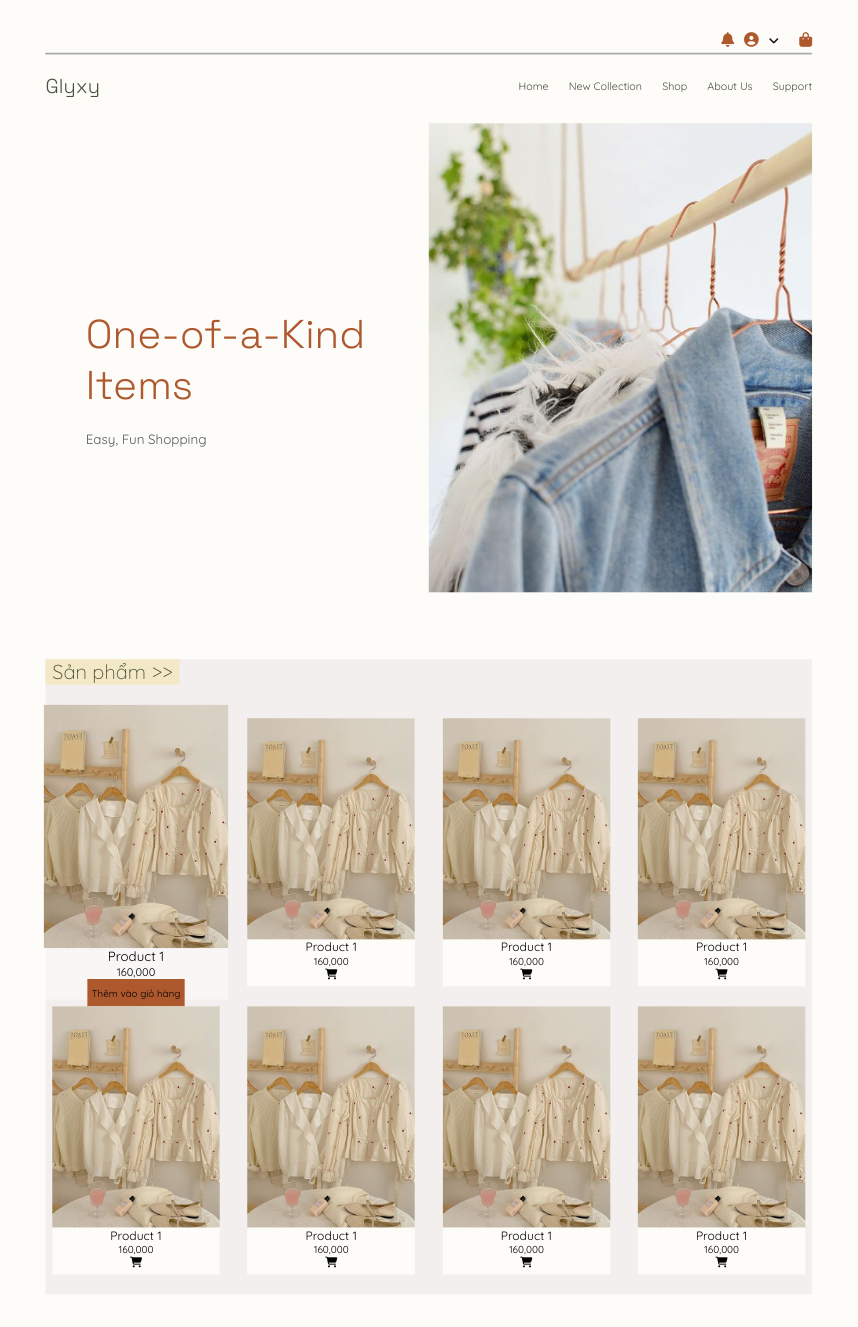
Repository: nganha241/store
Page: index.html
An editor plug-in stored every save of this project. The page is shown before and after the next save, followed by the edit.
The browser window is 1280 px wide. The pictures show the whole page, at 67% of full size.
The pointer rests on the first visible `.section .products .card`.
Some web libraries are served in a nearby version.

Above is the page before, as saved 2022-04-16 18:15:50.

After the next save:
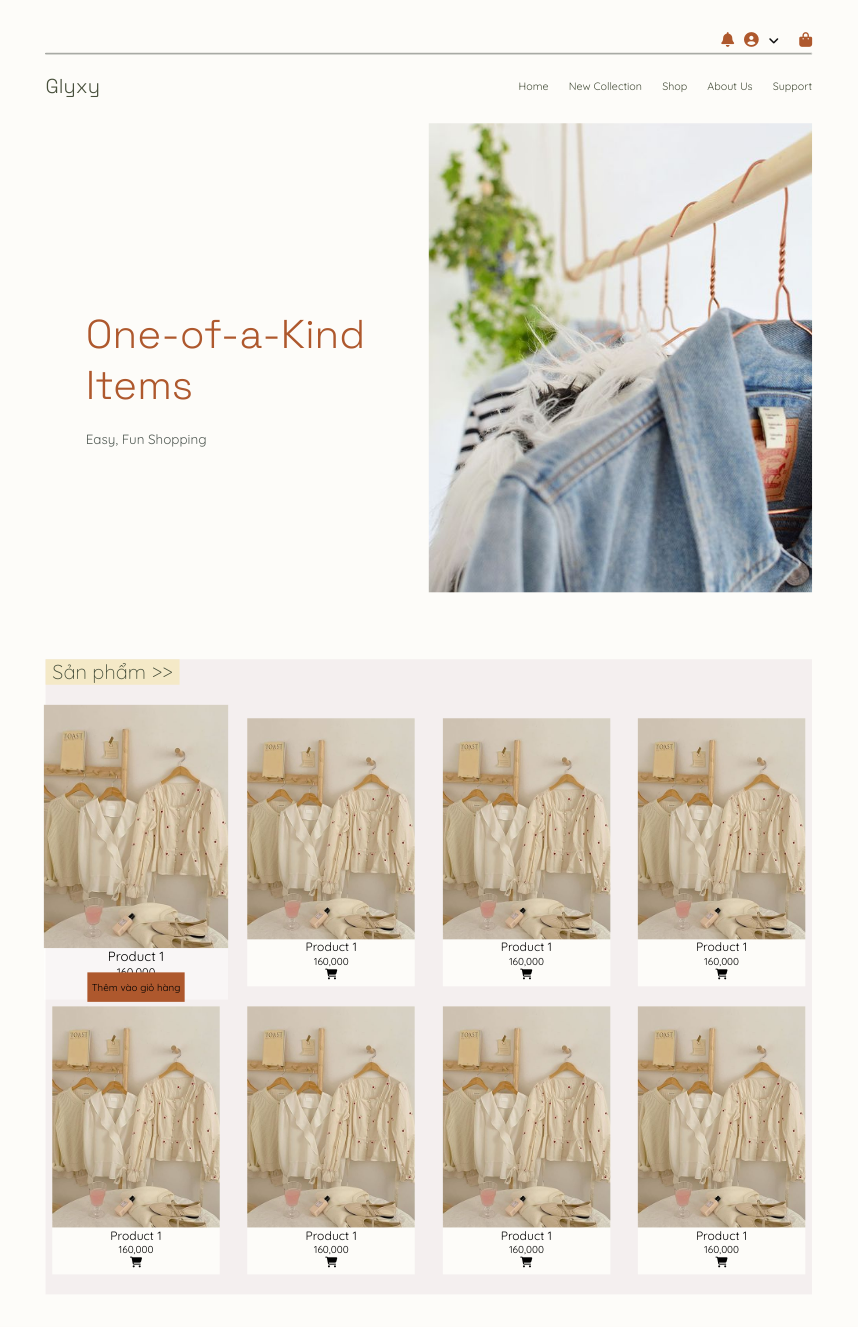
Saved 18 s later.
--- a/style.css
+++ b/style.css
@@ -204,7 +204,7 @@ li {
 
 .section .products .card:hover .add-cart button {
     height: 40px;
-    padding-top: -200px;
+    margin-top: -200px;
     background: #ae582d;
     border: 0;
     cursor: pointer;
